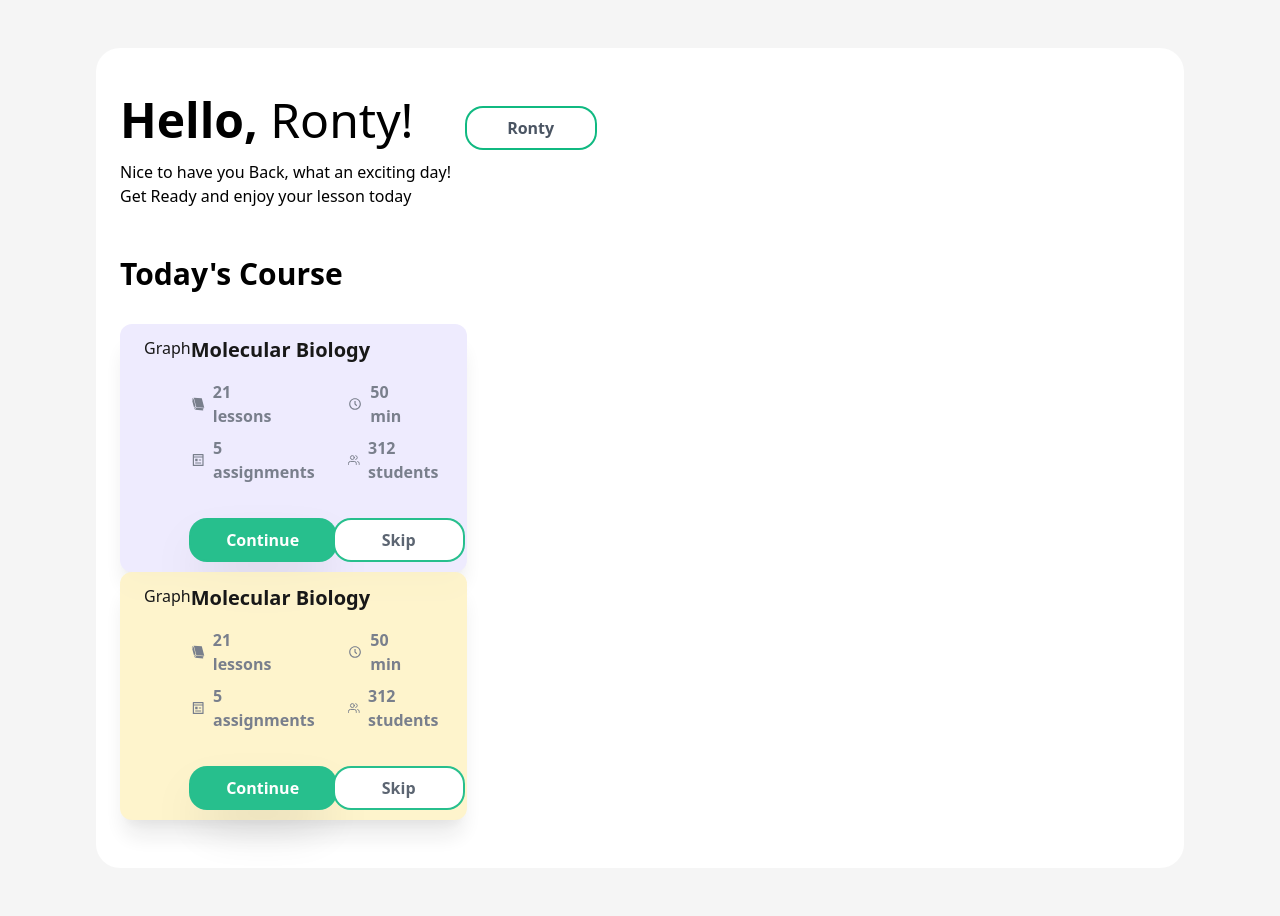
Repository: coolronts/Vite-Tailwind
Page: /
The author's editor kept a copy of each file at every save. The page is drawn from the files as they stood at one save, then again after the next save.
The browser window is 1280 px wide. The pictures show the whole page.
The project was rebuilt for these pictures with package versions that can differ from the ones it lists, and the page was loaded fresh each time. Also part of the build but not shown: vite.config.js.

Above is the page before, as saved 2021-11-26 13:43:16.

### src/App.jsx
import './App.css'

import {Course, Intro} from './Section'
import { PrimaryButton, SecondaryButton } from './components/Button'

import Class from './Section/Class'
import {PrimaryCard} from './components/Card'
import SplitScreen from './components/SplitScreen'

function App() {

  return (
    <div className="App bg-white my-12 mx-24 rounded-3xl px-6 py-12">
      <SplitScreen leftWeight = 'w-1/3'>
        <div id="left">
          <Intro/>
          <div id="course">
            <p className="text-3xl font-bold  font-sans mb-8">Today's Course</p>
            <PrimaryCard>
              <Course/>
            </PrimaryCard>
            <PrimaryCard color="yellow">
              <Course/>
            </PrimaryCard>
          </div>
        </div>

        <div id="right">
          <SecondaryButton name="Ronty"/>
        </div>


      </SplitScreen>
    </div>
  )
}

export default App

### src/Section/index.js
import Course from "./Course";
import Intro from "./Intro";

export { Intro, Course };

### src/components/Button/index.jsx
import React from 'react'

export const PrimaryButton = ({name}) =>{
  return (
    <button className="bg-green-500 w-36 py-2 ring-2 ring-green-500 text-white text-md font-semibold shadow-2xl rounded-2xl mt-3">
      {name}
    </button>
  )
}

export const SecondaryButton = ({name}) =>{
  return (
    <button className="bg-white w-32 py-2 ring-2 ring-green-500 text-gray-600 text-md font-semibold  rounded-2xl mt-3">
      {name}
    </button>
  )
}

### src/components/Card/index.jsx
import React from 'react'

export const PrimaryCard =({children, color="purple"}) => {
  return (
    <div className={`bg-${color}-100 py-3 px-6 rounded-xl shadow-xl opacity-90`}>
      {children}
    </div>
  )
}

### src/components/SplitScreen/index.jsx
import PropTypes from 'prop-types'
import React from "react"
import tw from "tailwind-styled-components"

const Container = tw.div`${(props) => props.weight}`;

const Pane = tw.div`${(props) => props.weight}`;

const SplitScreen = ({
	children,
	containerWeight = 'flex w-full',
  leftWeight = 'w-1/2',
	rightWeight = 'w-1/2',
}) => {
	const [left, right] = children;
	return (
		<Container className={containerWeight}>
			<Pane className={leftWeight}>
				{left}
			</Pane>
			<Pane className={rightWeight}>
				{right}
			</Pane>
		</Container>
	);
}

export default SplitScreen

SplitScreen.propTypes = {
	children: PropTypes.arrayOf(PropTypes.node).isRequired,
	containerWeight: PropTypes.string,
	leftWeight: PropTypes.string,
	rightWeight: PropTypes.string,
}

### src/Section/Course/index.jsx
import {PrimaryButton, SecondaryButton} from '../../components/Button'

import {BiTimeFive} from 'react-icons/bi'
import {FiUsers} from 'react-icons/fi'
import { GiWhiteBook } from 'react-icons/gi'
import React from 'react'
import { RiPagesLine } from 'react-icons/ri'
import SplitScreen from '../../components/SplitScreen'

export default function Course({
  course = "Molecular Biology",
  lessons = "21",
  assignments = "5",
  time = "50",
  students = "312"
}) {
  return (
    <SplitScreen leftWeight = 'w-1/5' rightWeight = 'w-full'>
      <div id="left">
        Graph
      </div>
      <div id="right">
        <h4 className="font-bold text-xl mb-4">{course}</h4>
        <div className="flex flex-col w-5/6">
          <div className="flex  text-gray-500 font-semibold mb-2">
            <p className="flex items-center mr-16"> <GiWhiteBook className="mr-2"/>  {lessons} lessons</p>
            <p className="flex items-center"> <BiTimeFive className="mr-2"/>  {time} min</p>
          </div>
          <div className="flex  text-gray-500 font-semibold text-left">
            <p className="flex items-center mr-8"> <RiPagesLine className="mr-2"/>  {assignments} assignments</p>
            <p className="flex items-center"> <FiUsers className="mr-2"/>  {students} students</p>
          </div>
        </div>
        <div className="flex justify-around mt-6">
          <PrimaryButton name="Continue" />
          <SecondaryButton name="Skip" />
        </div>
      </div>
    </SplitScreen>
  )
}

### src/Section/Intro/index.jsx
import React from 'react'

export default function Intro({name}) {
  return (
    <div className="mb-12">
      <h3 className="text-5xl font-sans font-bold mb-4">Hello, <span className="font-light">Ronty!</span> </h3>
      <div className="font-semibold tracking-wide text-gray-500">

      </div>
      <h5>Nice to have you Back, what an exciting day!</h5>
      <h5>Get Ready and enjoy your lesson today</h5>
    </div>
  )
}

### src/Section/Class/index.jsx
import React from 'react'
import SplitScreen from '../../components/SplitScreen'

export default function Class() {
  return (
    <SplitScreen leftWeight = 'w-1/5' rightWeight = 'w-full'>
      <div id="left">
        <img src="https://via.placeholder.com/150" alt=""/>
      </div>
      <div id="right">
        <h4 className="font-bold text-xl mb-4">{course}</h4>
        <div className="flex flex-col w-5/6">
          <div className="flex  text-gray-500 font-semibold mb-2">
            <p className="flex items-center mr-16"> <GiWhiteBook className="mr-2"/>  {lessons} lessons</p>
            <p className="flex items-center"> <BiTimeFive className="mr-2"/>  {time} min</p>
          </div>
          <div className="flex  text-gray-500 font-semibold text-left">
            <p className="flex items-center mr-8"> <RiPagesLine className="mr-2"/>  {assignments} assignments</p>
            <p className="flex items-center"> <FiUsers className="mr-2"/>  {students} students</p>
          </div>
        </div>
        <div className="flex justify-around mt-6">
          <PrimaryButton name="Continue" />
          <SecondaryButton name="Skip" />
        </div>
      </div>
    </SplitScreen>
  )
}

Loaded but not shown: index.html (common file); src/main.jsx (common file); src/index.css (common file); src/App.css (common file); tailwind.config.js (common file)

After the next save:
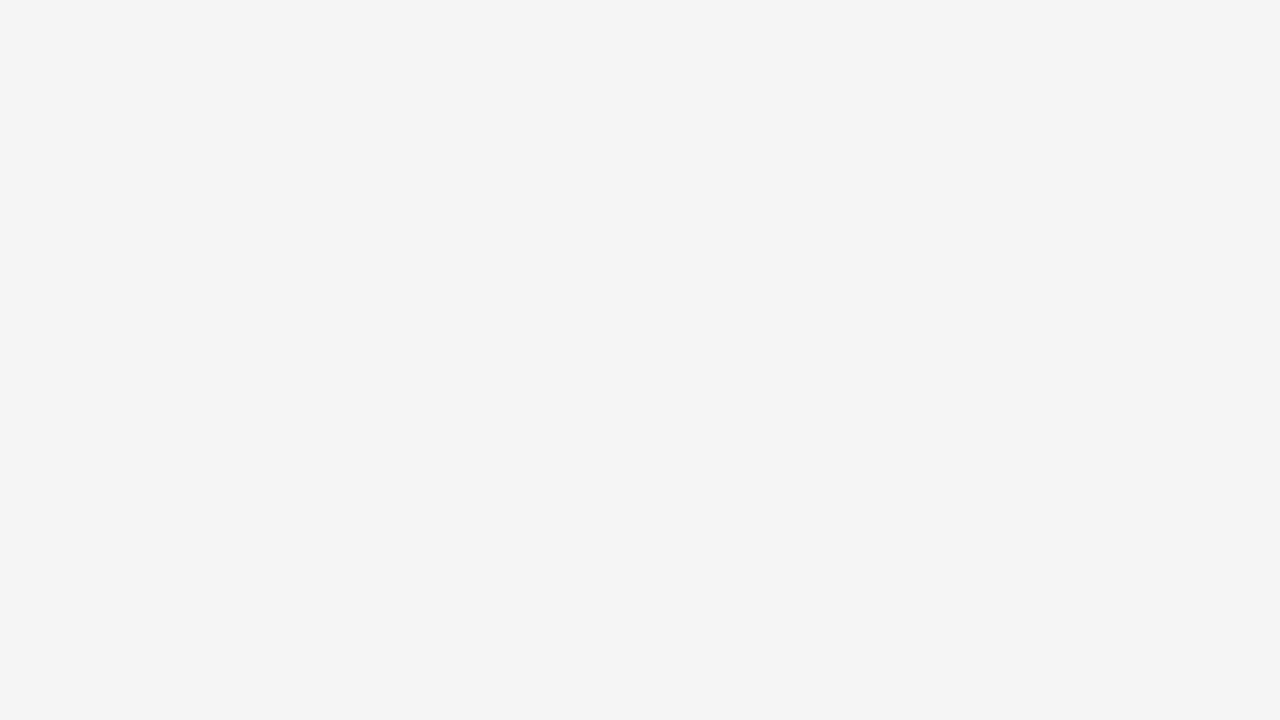
Console error: ReferenceError: course is not defined
Saved 7 s later.
--- a/src/App.jsx
+++ b/src/App.jsx
@@ -20,7 +20,7 @@ function App() {
               <Course/>
             </PrimaryCard>
             <PrimaryCard color="yellow">
-              <Course/>
+              <Class/>
             </PrimaryCard>
           </div>
         </div>

After the 2 saves that followed:
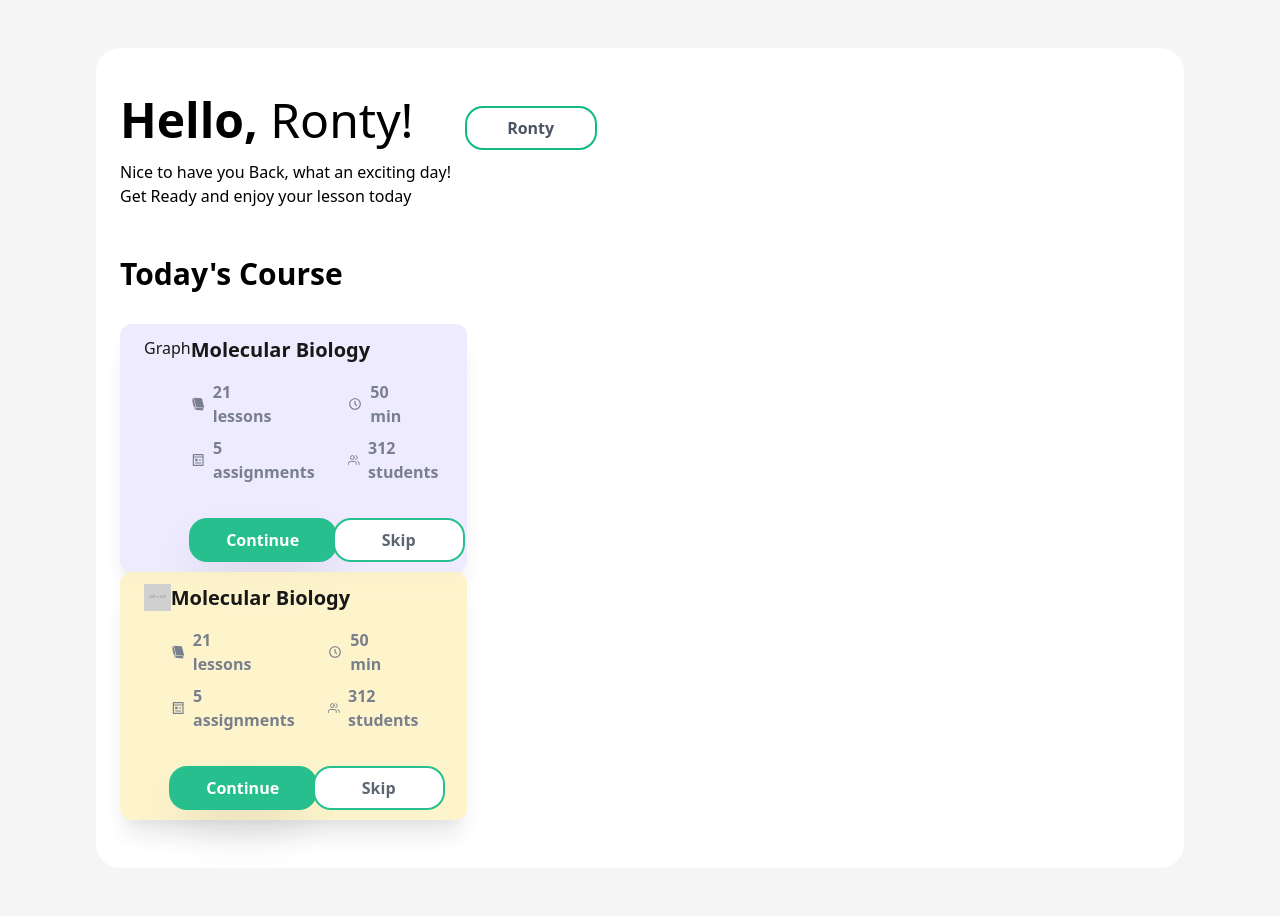
The error is gone.
The 2 saves are shown as one change because 1 left the picture as it was.
The last was saved 106 s later.
--- a/src/Section/Class/index.jsx
+++ b/src/Section/Class/index.jsx
@@ -1,7 +1,19 @@
+import {PrimaryButton, SecondaryButton} from '../../components/Button'
+
+import { BiTimeFive } from 'react-icons/bi'
+import {FiUsers} from 'react-icons/fi'
+import { GiWhiteBook } from 'react-icons/gi'
 import React from 'react'
+import { RiPagesLine } from 'react-icons/ri'
 import SplitScreen from '../../components/SplitScreen'
 
-export default function Class() {
+export default function Class({
+  course = "Molecular Biology",
+  lessons = "21",
+  assignments = "5",
+  time = "50",
+  students = "312"
+}) {
   return (
     <SplitScreen leftWeight = 'w-1/5' rightWeight = 'w-full'>
       <div id="left">
